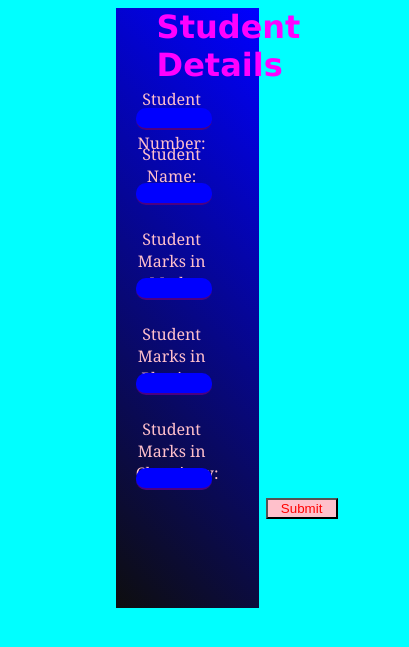
Repository: prm2711/javaapps
Page: eclipse-workspace/FirstProject/WebContent/index.html
An editor plug-in stored every save of this project. The page is shown before and after the next save, followed by the edit.
The browser window is 375 px wide. The page is 375 px wide, then 409 px, then 375 px, so the pictures cover 409 px, including what lies to the right of the window. The pictures show the whole page.

Above is the page before, as saved 2018-01-19 12:09:08.

### eclipse-workspace/FirstProject/WebContent/index.html
<!DOCTYPE html>
<html>
<head>
<meta charset="ISO-8859-1">
<title>Student form</title>
<link rel="stylesheet" type="text/css" href="css/format.css">
<meta name="viewport" content="width=device-width, initial-scale=1.0">
</head>
<body>
		<div class="top_container"></div>
		<div class="small_container1"></div>
		<div class="small_container2"></div>
		<div class="small_container3"></div>
		<div class="small_container4"></div>

		<div align="center" class="inner_container">
			<form method="post" action="InsertServlet"
				onsubmit="return validateForm()">

				<h1 class="heading">Student Details</h1>
				<p class="label1">Student Roll Number:</p>
				<br> <input class="text-box1" type="text" name="roll_no"
					id="roll_no"><br> <br>
				<p class="label2">Student Name:</p>
				<br> <input class="text-box2" type="text" name="student_name"
					id="student_name"><br> <br>
				<p class="label3">Student Marks in Math:</p>
				<br> <input class="text-box3" type="text" name="marks"
					id="marks"><br> <br>
				<p class="label4">Student Marks in Physics:</p>
				<br> <input class="text-box4" type="text" name="marksphy"
					id="marksphy"><br> <br>
				<p class="label5">Student Marks in Chemistry:</p>
				<br> <input class="text-box5" type="text" name="markschem"
					id="markschem"><br> <br>
					<input class="submitButton" type="submit" value="Submit">

			</form>
		</div>
		<div class="bottom_container"></div>

	<script src="js/insertdata.js"></script>
</body>
</html>

### eclipse-workspace/FirstProject/WebContent/css/format.css
body {
	background-color: cyan;
}

.inner_container {
	background-color: blue;
	background: linear-gradient(45deg, #0e0e0e, blue);
	position: relative;
	/*top: 50px;
	left: 350px;*/
	z-index: 2;
	margin: 0 auto;
	width: 40%;
	height: 600px;
}

.heading {
	color: magenta;
	font-family: Verdana, Geneva, sans-serif;
	padding-left: 10px;
}

form,.heading {
	width: 50%;
	margin: 0 auto;
}

.text-box1, .text-box2, .text-box3, .text-box4, .text-box5 {
	position: absolute;
	left: 20px;
	border: 0px;
	border-bottom: 2px indigo solid;
	border-radius: 10px;
	background: blue;
	color: white;
	font-family: Georgia;
}

.text-box1 {
	top: 100px;
}

.label2, .label3, .label4, .label5,.label1 {
	position: absolute;
	left: 20px;
	color: pink;
	font-family: Georgia;
}

.label1 {
	top: 80px;
}

.label2 {
	top: 135px;
}

.text-box2 {
	top: 175px;
}

.label3 {
	top: 220px;
}

.text-box3 {
	top: 270px;
}

.label4 {
	top: 315px;
}

.text-box4 {
	top: 365px;
}

.label5 {
	top: 410px;
}

.text-box5 {
	top: 460px;
}

.submitButton {
	position: absolute;
	background-color: pink;
	color: red;
	left: 150px;
	top: 490px;
	width: 35%;
	margin: 0 auto;
}

.submitButton:hover {
	background-color: #4caf50;
	color: white;
}

input,p {
	width: 35%;
	margin: 0 auto;
}

@media screen and (max-width: 700px) {
	.inner-container {
		width: 100%;
	}

	form {
	width: 100%;
	}

	input,p,.submitButton,.heading {
	width: 50%;
	}

}

@media screen and (max-width: 400px) {
	.inner-container {
		width: 100%;
	}

	form {
	width: 100%;
	}

	,input,p,.submitButton,.heading {
	width: 30%;
	}
}

### eclipse-workspace/FirstProject/WebContent/js/insertdata.js
/**
 *
 */
function validateForm() {
	var rollno = document.getElementById("roll_no").value;
	var student_name = document.getElementById("student_name").value;
	var marks = document.getElementById("marks").value;
	var marksphy = document.getElementById("marksphy").value;
	var markschem = document.getElementById("markschem").value;

	if (isNaN(rollno) == true || isNaN(marks) == true
			|| isNaN(marksphy) == true || isNaN(markschem) == true || rollno.length==0 || student_name.length==0 || marks.length==0 || marksphy.length==0 || markschem.length==0) {
		alert("Enter valid details");
		return false;
	}

	else {

		return true;
	}
}

After the next save:
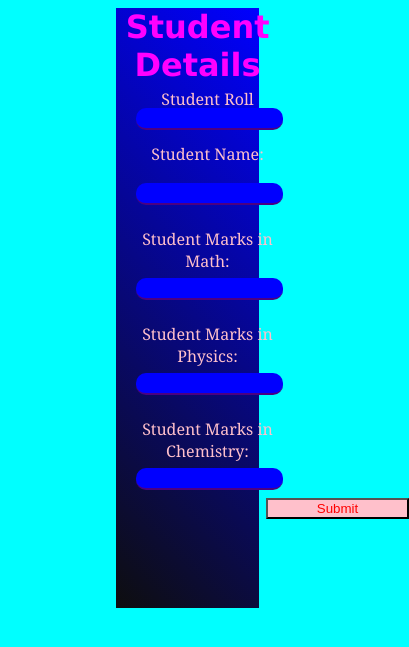
Saved 57 s later.
--- a/eclipse-workspace/FirstProject/WebContent/css/format.css
+++ b/eclipse-workspace/FirstProject/WebContent/css/format.css
@@ -113,7 +113,7 @@
 	}
 
 	input,p,.submitButton,.heading {
-	width: 50%;
+	width: 100%;
 	}
 
 }
@@ -128,6 +128,6 @@
 	}
 
 	,input,p,.submitButton,.heading {
-	width: 30%;
+	width: 100%;
 	}
 }

After the save that followed:
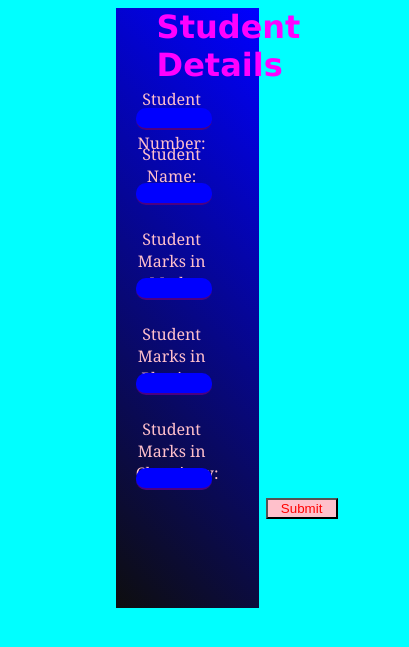
Saved 93 s later.
--- a/eclipse-workspace/FirstProject/WebContent/css/format.css
+++ b/eclipse-workspace/FirstProject/WebContent/css/format.css
@@ -113,7 +113,7 @@
 	}
 
 	input,p,.submitButton,.heading {
-	width: 100%;
+	width: 50%;
 	}
 
 }
@@ -128,6 +128,6 @@
 	}
 
 	,input,p,.submitButton,.heading {
-	width: 100%;
+	width: 50%;
 	}
 }
